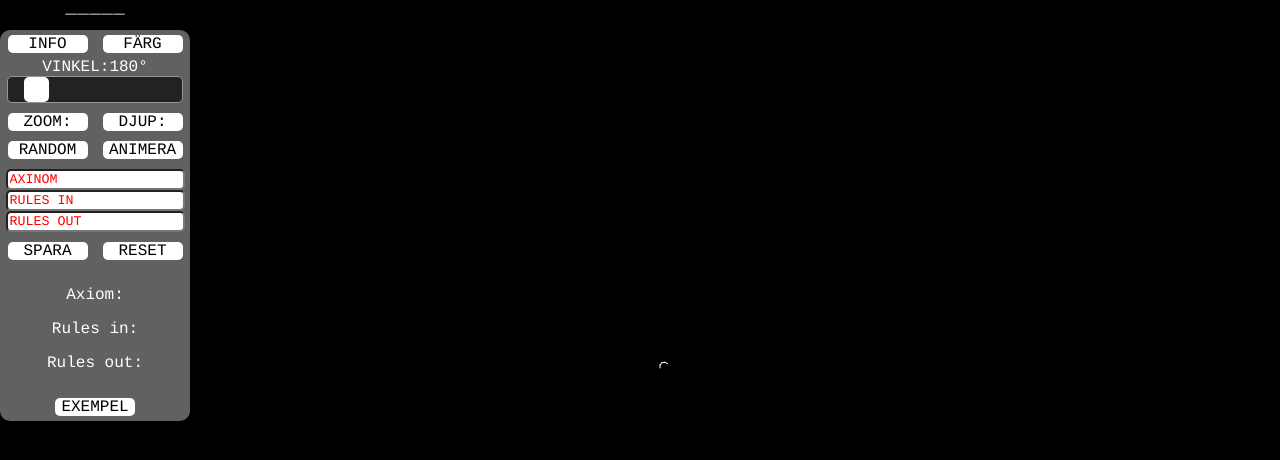
Repository: Gabrielw123/Fraktalgenerator
Page: fraktaler/test/index.html
An editor plug-in stored every save of this project. The page is shown before and after the next save, followed by the edit.
The browser window is 1280 px wide. The pictures show the whole page.
Some web libraries are served in a nearby version.

Above is the page before, as saved 2022-01-13 13:35:13.

### fraktaler/test/index.html
<!DOCTYPE html>
<html lang="en">
  <head>
    <meta charset="UTF-8" />
    <meta http-equiv="X-UA-Compatible" content="IE=edge" />
    <meta name="viewport" content="width=device-width, initial-scale=1.0" />
    <link rel="stylesheet" href="style.css" />
    <title>Fraktal Generator</title>
    <script src="https://cdn.jsdelivr.net/npm/p5@1.0.0/lib/p5.js"></script>
    <!--fading-->
    <script
      src="http://ajax.googleapis.com/ajax/libs/jquery/1.7.1/jquery.min.js"
      type="text/javascript"
    ></script>
  </head>
  <body>
    <!--Skapa en canvas-->
    <canvas id="canvas"></canvas>

    <div class="kontroller">
      <div
        style="background: black"
        onmousedown="return false"
        onselectstart="return false"
        class="grid-container1"
      >
        <div class="grid-item">
          <a class="knappgöm" id="gömknapp" onClick="action();">⏤⏤⏤⏤⏤</a>
        </div>
      </div>

      <div
        style="border-top-left-radius: 10px; border-top-right-radius: 10px"
        onmousedown="return false"
        onselectstart="return false"
        class="grid-container"
        id="göm1"
      >
        <div class="grid-item">
          <a class="knapp" id="infoknapp">INFO</a>
        </div>
        <div class="grid-item">
          <a class="knapp" id="colorknapp" onclick="color();">FÄRG</a>
        </div>
      </div>
      <!--slider vinkel-->
      <div class="slider-container" id="göm2">
        <a onmousedown="return false" onselectstart="return false"
          >VINKEL:<span id="vinkel-out"></span>&deg;</a
        >
        <input type="range" min="0" max="360" class="slider" id="vinkel" />
      </div>

      <div
        onmousedown="return false"
        onselectstart="return false"
        class="grid-container"
        id="göm3"
      >
        <div class="grid-item">
          <a class="knapp" id="längdknapp">ZOOM:<span id="segment_n"></span></a>
        </div>
        <div class="grid-item">
          <a class="knapp" id="djupknapp"
            >DJUP:<span id="generation-out"></span
          ></a>
        </div>

        <div class="grid-item">
          <a class="knapp" id="randomknapp" onclick="random();">RANDOM</a>
        </div>
        <div class="grid-item">
          <a class="knapp" id="animeraknapp" onclick="animera();">ANIMERA</a>
        </div>
      </div>

      <div class="grid-container1" id="göm4">
        <div class="grid-item">
          <input
            style="font-family: courier"
            class="input"
            type="text"
            placeholder="AXINOM"
            id="axiom"
          />
          <input
            style="font-family: courier"
            class="input"
            type="text"
            placeholder="RULES IN"
            id="rules1"
          />
          <input
            style="font-family: courier"
            class="input"
            type="text"
            placeholder="RULES OUT"
            id="rules2"
          />
        </div>
      </div>
      <div
        onmousedown="return false"
        onselectstart="return false"
        class="grid-container"
        id="göm5"
      >
        <div class="grid-item">
          <a class="knapp" id="btn">SPARA</a>
        </div>
        <div class="grid-item">
          <a class="knapp" id="resetknapp" onclick="reset();">RESET</a>
        </div>
      </div>
      <div
        style="
          border-bottom-left-radius: 10px;
          border-bottom-right-radius: 10px;
        "
        class="grid-container1"
        id="göm6"
      >
        <div class="grid-item">
          <p>Axiom:<span id="axiom-out"></span></p>
          <p>Rules in:<span id="rules1-out"></span></p>
          <p>Rules out:<span id="rules2-out"></span></p>
          <p></p>
        </div>
        <div class="grid-item">
          <a
            onmousedown="return false"
            onselectstart="return false"
            class="knapp"
            id="exempelknapp"
            onclick="example();"
            >EXEMPEL</a
          >
        </div>
      </div>

      <!--EXEMPEL-->

      <div
        style="border-radius: 10px"
        onmousedown="return false"
        onselectstart="return false"
        class="grid-container"
        id="göm7"
      >
        <div class="grid-item">
          <a class="knappex" id="Board">Board</a>
        </div>
        <div class="grid-item">
          <a class="knappex" id="Crystal">Crystal</a>
        </div>
        <div class="grid-item">
          <a class="knappex" id="Dragon Curve">Dragon Curve</a>
        </div>
        <div class="grid-item">
          <a class="knappex" id="Hexagonal Gosper">Hexagonal Gosper</a>
        </div>
        <div class="grid-item">
          <a class="knappex" id="Kochcurve">Koch curve</a>
        </div>
        <div class="grid-item">
          <a class="knappex" id="Krishna Anklets">Krishna Anklets</a>
        </div>
        <div class="grid-item">
          <a class="knappex" id="Lévy curve">Lévy curve</a>
        </div>
        <div class="grid-item">
          <a class="knappex" id="L-System Bushes 1">L-System Bushes 1</a>
        </div>
        <div class="grid-item">
          <a class="knappex" id="L-System Bushes 2">L-System Bushes 2</a>
        </div>
        <div class="grid-item">
          <a class="knappex" id="Peano Curve">Peano Curve</a>
        </div>
        <div class="grid-item">
          <a class="knappex" id="Quadratic Snowflake">Quadratic Snowflake </a>
        </div>
        <div class="grid-item">
          <a class="knappex" id="Rings">Rings</a>
        </div>
        <div class="grid-item">
          <a class="knappex" id="Sierpinski Arrowhead">Sierpinski Arrowhead</a>
        </div>
        <div class="grid-item">
          <a class="knappex" id="Sierpinskisquare">Sierpinski Square</a>
        </div>
        <div class="grid-item">
          <a class="knappex" id="Snowflake">Snowflake</a>
        </div>
        <div class="grid-item">
          <a class="knappex" id="Tiles">Tiles</a>
        </div>
        <div class="grid-item">
          <a class="knappex" id="Triangle">Triangle</a>
        </div>
        <div class="grid-item">
          <a class="knappex" id="Von Koch Snowflake">Von Koch Snowflake</a>
        </div>
      </div>
    </div>
    <!--Script-->
    <script src="bruh.js">
      example();
            fraktal.update();
    </script>
  </body>
</html>

### fraktaler/test/style.css
body {
  font-family: "courier", monospace;
  background-color: black;
  color: white;
  text-align: center;
}

::placeholder {
  color: red;
  opacity: 1; /* Firefox */
}

:-ms-input-placeholder {
  /* Internet Explorer 10-11 */
  color: red;
}

::-ms-input-placeholder {
  /* Microsoft Edge */
  color: red;
}
.input {
  width: 90%;
  border-radius: 5px;
  color: black;
  background: white;
}
.input:hover {
  background: black;
  color: white;
}

.kontroller {
  width: 190px;
  height: 180px;
  margin: auto;
  position: fixed;
  top: 0%;
  left: 0%;
  right: 100%;
}
.grid-container {
  background: rgba(97, 97, 97, 1);
  display: grid;
  grid-template-columns: auto auto;
}

.grid-container1 {
  background: rgba(97, 97, 97, 1);
  display: grid;
  grid-template-columns: auto;
}
.grid-item {
  text-align: center;
  margin: auto;
  padding-top: 5px;
  padding-bottom: 5px;
}
.grid-item1 {
  text-align: center;
  margin: auto;
  padding-top: 5px;
  padding-bottom: 5px;
  width: 300px;
}
#axiom-out {
  text-align: left;
}
.slider-container {
  background: rgba(97, 97, 97, 1);
  display: grid;
  grid-template-columns: auto;
  width: 100%;
  margin: auto;
  padding-bottom: 5px;
}
.slider {
  -webkit-appearance: none;
  width: 92%;
  height: 25px;
  background: #222222;
  outline: none;
  margin: auto;
  -webkit-transition: 0.2s;
  transition: opacity 0.2s;
  border-radius: 5px;
  border: 1px;
  border-style: solid;
}

.slider:hover {
  background: black;
  color: white;
}

.slider::-webkit-slider-thumb {
  -webkit-appearance: none;
  appearance: none;
  width: 25px;
  height: 25px;
  background: #ffffff;
  cursor: pointer;
  border-radius: 5px;
}

.slider::-moz-range-thumb {
  width: 25px;
  height: 25px;
  background: #04aa6d;
  cursor: pointer;
}

a.knapp {
  display: block;
  background: white;
  color: black;
  width: 80px;
  cursor: pointer;
  border-radius: 5px;
}
a.knapp:hover {
  background: black;
  border-radius: 5px;
  color: white;
}

#canvas {
  position: fixed;
  top: 0px;
  left: 0px;
  z-index: -1;
}

a.knappon {
  display: block;
  width: 80px;
  background: black;
  color: white;
  cursor: pointer;
  border-radius: 5px;
}
a.knappex {
  background: white;
  color: black;
  text-align: center;
  cursor: pointer;
  font-size: 13px;
  width: 85px;
  height: 35px;
  display: table-cell;
  vertical-align: middle;
  border-radius: 5px;
}
a.knappex:hover {
  background: black;
  border-radius: 5px;
  color: white;
}
.span {
  width: 500px;
}
.knappgöm {
  display: block;
  background: black;
  color: white;
  width: 85px;
  height: 20px;
  cursor: pointer;
  font-size: 15px;
  border-radius: 5px;
}
a.knappgöm:hover {
  background: white;
  border-radius: 5px;
  color: black;
}

### fraktaler/test/bruh.js
/*

Den här fraktal generatorn använder sig av Lindenmayer systemet (https://en.wikipedia.org/wiki/L-system)

Källor för lite info
https://codesandbox.io/s/fraktal-generator-forked-g76j8?file=/sketch.js
https://en.wikipedia.org/wiki/L-system#Types_of_L-systems
http://paulbourke.net/fractals/lsys/
https://www.sidefx.com/docs/houdini/nodes/sop/lsystem.html
http://www1.biologie.uni-hamburg.de/b-online/e28_3/lsys.html
https://www.kevs3d.co.uk/dev/lsystems/
https://piratefsh.github.io/p5js-art/public/lsystems/

*/

//INFO button
fetch("README.txt")
  .then((response) => response.text())
  .then((text) => console.log(text));

var info = document.getElementById("infoknapp");
info.onclick = function () {
  confirm("to");
};

//hur snabbt den animerar
var animatespeed = 100;

//lite variablar
let genButton;
let resButton;
let guiText;
color_n = 0;
let generation = 0;
let maxGeneration = 5;
let length;
let angle;
//första load
let axiom = "F+F+F+F";
let rules = [
  {
    in: "F",
    out: "F+F-F-FF+F+F-F",
  },
];

//save button för egna input på fraktaler
const btn = document.getElementById("btn");

btn.addEventListener("click", function () {
  var axiom2 = document.getElementById("axiom").value;
  var rules1 = document.getElementById("rules1").value;
  var rules2 = document.getElementById("rules2").value;
  confirm(
    "Axiom: " + axiom2 + "\nRules in: " + rules1 + "\nRules out: " + rules2
  );
  axiom = axiom2;
  rules = [
    {
      in: rules1,
      out: rules2,
    },
  ];
});

//animera ikonen på hemsidan
var favicon_images = [
    "bilderhem/tmp-0.gif",
    "bilderhem/tmp-1.gif",
    "bilderhem/tmp-2.gif",
    "bilderhem/tmp-3.gif",
    "bilderhem/tmp-4.gif",
    "bilderhem/tmp-5.gif",
  ],
  image_counter = 0;

setInterval(function () {
  if (document.querySelector("link[rel='icon']") !== null)
    document.querySelector("link[rel='icon']").remove();
  if (document.querySelector("link[rel='shortcut icon']") !== null)
    document.querySelector("link[rel='shortcut icon']").remove();
  document
    .querySelector("head")
    .insertAdjacentHTML(
      "beforeend",
      '<link rel="icon" href="' +
        favicon_images[image_counter] +
        '" type="image/gif">'
    );
  if (image_counter == favicon_images.length - 1) image_counter = 0;
  else image_counter++;
}, 200);

//göm UI
var hidden = false;
function action() {
  hidden = !hidden;
  if (hidden) {
    document.getElementById("göm1").style.visibility = "hidden";
    document.getElementById("göm2").style.visibility = "hidden";
    document.getElementById("göm3").style.visibility = "hidden";
    document.getElementById("göm4").style.visibility = "hidden";
    document.getElementById("göm5").style.visibility = "hidden";
    document.getElementById("göm6").style.visibility = "hidden";
    if (document.getElementById("göm7").style.visibility === "visible") {
      document.getElementById("göm7").style.visibility = "hidden";
    }
  } else {
    document.getElementById("göm1").style.visibility = "visible";
    document.getElementById("göm2").style.visibility = "visible";
    document.getElementById("göm3").style.visibility = "visible";
    document.getElementById("göm4").style.visibility = "visible";
    document.getElementById("göm5").style.visibility = "visible";
    document.getElementById("göm6").style.visibility = "visible";
    document.getElementById("göm7").style.visibility = "visible";
  }
}
//göm från början
document.getElementById("göm7").style.visibility = "hidden";
var hidden1 = true;
function example() {
  hidden1 = !hidden1;
  if (hidden1) {
    document.getElementById("göm7").style.visibility = "hidden";
  } else {
    document.getElementById("göm7").style.visibility = "visible";
  }
}

let sentence = axiom;

//start funktion
function setup() {
  createCanvas(windowWidth - 40, windowHeight - 25);
  angle = radians(vinkel.value);
  length = segment_n * 3;
  turtle();
  drawGUI();
}

//color problem
var r = 255,
  g = 0,
  b = 0;

setInterval(function () {
  if (r > 0 && b == 0) {
    r--;
    g++;
  }
  if (g > 0 && r == 0) {
    g--;
    b++;
  }
  if (b > 0 && g == 0) {
    r++;
    b--;
  }
  $("#color").text("rgb(" + r + "," + g + "," + b + ")");
  $("#color").css("color", "rgb(" + r + "," + g + "," + b + ")");
  turtle();
  console.log("df");
}, 10);

function generate() {
  length = segment_n * 3;

  let nextSentence = "";

  for (let i = 0; i < sentence.length; i++) {
    let found = false;
    let currentChar = sentence.charAt(i);

    for (let j = 0; j < rules.length; j++) {
      if (currentChar === rules[j].in) {
        found = true;
        nextSentence += rules[j].out;
        break;
      }
    }
    if (!found) {
      nextSentence += currentChar;
    }
  }
  sentence = nextSentence;
  turtle();
}
function turtle() {
  resetMatrix();
  background(0);
  //color
  if (color_n === 0) {
    stroke(255); //white
  }
  if (color_n === 1) {
    stroke(0, 0, 255); //blue
  }
  if (color_n === 2) {
    stroke(0, 128, 0); //green
  }
  if (color_n === 3) {
    stroke(255, 0, 0); //red
  }
  if (color_n === 4) {
    stroke(255, 165, 0); //orange
  }
  if (color_n === 5) {
    stroke(r, g, b); //rgb flera färger
  }
  translate(window.innerWidth / 2, window.innerHeight / 2);

  for (let i = 0; i <= sentence.length; i++) {
    let currentChar = sentence.charAt(i);

    if (currentChar === "F") {
      line(0, 0, 0, -length);
      translate(0, -length);
    } else if (currentChar === "+") {
      rotate(angle);
    } else if (currentChar === "-") {
      rotate(-angle);
    } else if (currentChar === "[") {
      push();
    } else if (currentChar === "]") {
      pop();
    }
  }
}

var djupknapp = document.getElementById("djupknapp");
djupknapp.onclick = function () {
  if (generation < maxGeneration) {
    generate();
  }
  generation++;
  if (generation > 5) {
    generation = 1;
    sentence = axiom;
    generate();
  }
  var generationout = document.getElementById("generation-out");
  generationout.innerHTML = generation;
  var axiomout = document.getElementById("axiom-out");
  axiomout.innerHTML = axiom;
  var rules1out = document.getElementById("rules1-out");
  rules1out.innerHTML = rules[0].in;
  var rules2out = document.getElementById("rules2-out");
  rules2out.innerHTML = rules[0].out;
};

//skriver ut värden och saker på skärmer för användaren
function drawGUI() {
  genButton = createButton("DJUP");
  genButton.size(85, 20);
  genButton.position(-200, 260);
  genButton.mousePressed(function () {
    if (generation < maxGeneration) {
      generate();
    }
    generation++;
    if (generation > 5) {
      generation = 1;
      sentence = axiom;
      generate();
    }
    var generationout = document.getElementById("generation-out");
    generationout.innerHTML = generation;
    var axiomout = document.getElementById("axiom-out");
    axiomout.innerHTML = axiom;
    var rules1out = document.getElementById("rules1-out");
    rules1out.innerHTML = rules[0].in;
    var rules2out = document.getElementById("rules2-out");
    rules2out.innerHTML = rules[0].out;
  });
}

//!Exemepel knappar

//Andra rad
animera_n = 0;

var c1 = 0;
var t;
var timer_is_on = 0;

//Random funktion
function getRandomInt(min, max) {
  min = Math.ceil(min);
  max = Math.floor(max);
  return Math.floor(Math.random() * (max - min) + min); //The maximum is exclusive and the minimum is inclusive
}

var fraktal = (function () {
  //js funktion
  const c = document.getElementById("canvas");
  var ctx = c.getContext("2d");

  //får bredden och höjden av hemsidan du har på din enhet
  c.width = window.innerWidth;
  c.height = window.innerHeight;
  ctx.strokeStyle = "black";
  ctx.lineWidth = 2;

  //!SLIDERS
  var vinkel = document.getElementById("vinkel");
  var vinkelout = document.getElementById("vinkel-out");
  vinkelout.innerHTML = vinkel.value;

  //gör saker med vinkel
  vinkel.oninput = function () {
    vinkelout.innerHTML = this.value;
    update();
  };

  //SEGMENT
  var segment = document.getElementById("längdknapp");
  segment.onclick = function () {
    segment_n++;
    if (segment_n === 6) {
      segment_n = 1;
    }
    document.getElementById("segment_n").innerHTML = segment_n;
    update();
  };
  //!RESET
  var reset = document.getElementById("resetknapp");
  reset.onclick = function () {
    sentence = axiom;
    turtle();
    vinkel.value = 90;
    segment_n = 3;
    generation = 2;
    axiom = "F+F+F+F";
    rules = [
      {
        in: "F",
        out: "F+F-F-FF+F+F-F",
      },
    ];
    //stönga av animera
    clearTimeout(t);
    animera.className = "knapp";
    c1 = 0;
    animera_n = 0;
    //update this
    update();
  };

  //!RANDOM
  var random = document.getElementById("randomknapp");
  random.onclick = function () {
    vinkel.value = getRandomInt(0, 361);
    vinkelout.innerHTML = vinkel.value;
    update();
  };

  //!ANIMERA

  var animera = document.getElementById("animeraknapp");
  animera.onclick = function () {
    animera_n++;
    if (animera_n === 1) {
      timedCount();
      animera.className = "knappon";
    }
    if (animera_n === 2) {
      clearTimeout(t);
      animera.className = "knapp";
      c1 = 0;
      animera_n = 0;
    }
  };
  //!COLOR

  var color = document.getElementById("colorknapp");
  color.onclick = function () {
    color_n++;
    if (color_n === 6) {
      color_n = 0;
    }
    update();
  };

  timedCount = function () {
    var v = parseInt(vinkel.value);
    v = v + 1;

    if (v === 361) {
      v = 0;
    }
    //updatera UI
    vinkel.value = v;
    vinkelout.innerHTML = vinkel.value;
    //vänta
    t = setTimeout(timedCount, animatespeed);
    update();
  };

  //!Uppdatera allt/////////////////////////////
  var update = function () {
    //skriver ut de nya väderna
    setup();
    //Updaterar sliders och bilder/knappar
    vinkelout.innerHTML = vinkel.value;
    document.getElementById("segment_n").innerHTML = segment_n;
    var generationout = document.getElementById("generation-out");
    generationout.innerHTML = generation;

    var axiomout = document.getElementById("axiom-out");
    axiomout.innerHTML = axiom;
    var rules1out = document.getElementById("rules1-out");
    rules1out.innerHTML = rules[0].in;
    var rules2out = document.getElementById("rules2-out");
    rules2out.innerHTML = rules[0].out;
    //sparar hashen för hemsidan
    save();
  };

  //!SAVE OCH LOAD
  var save = function () {
    var ruleid =
      "#" +
      vinkel.value +
      "," +
      segment_n +
      "," +
      generation +
      "," +
      axiom +
      "," +
      rules[0].in +
      "," +
      rules[0].out;
    window.location = String(window.location).replace(/\#.*$/, "") + ruleid;
  };

  var load = function () {
    let d = window.location.toString();
    if (d.includes("#")) {
      const myArr = d.split("#");

      const test = myArr[1].split(",");
      //Sliders
      vinkel.value = test[0];
      //Knappar
      segment_n = test[1];
      generation = test[2];
      axiom = test[3];
      rules[0].in = test[4];
      rules[0].out = test[5];

      if (
        vinkel.value == undefined ||
        segment_n === undefined ||
        generation === undefined ||
        axiom === undefined ||
        rules[0].in === undefined ||
        rules[0].out === undefined
      ) {
        //Sliders
        vinkel.value = 40;
        //Knappar
        segment_n = 1;
        generation = 1;
        axiom = "F";
        rules[0].in = "F";
        rules[0].out = "F+F";
      }
    } else {
      //Sliders
      vinkel.value = 40;
      //Knappar
      segment_n = 1;
      //Knappar
      generation = 1;
      axiom = "F";
      rules[0].in = "F";
      rules[0].out = "F+F";
    }
    save();
  };
  //!START
  load();

  //!EXEMPEL
  //Exemplerna är ifrån http://paulbourke.net/fractals/lsys/
  //save button för egna input på fraktaler
  const Kochcurve = document.getElementById("Kochcurve");
  Kochcurve.addEventListener("click", function () {
    axiom = "F+F+F+F";
    rules = [
      {
        in: "F",
        out: "F+F-F-FF+F+F-F",
      },
    ];
    vinkel.value = 90;
    segment_n = 3;
    generation = 5;
    update();
  });

  const Sierpinskisquare = document.getElementById("Sierpinskisquare");
  Sierpinskisquare.addEventListener("click", function () {
    axiom = "F+XF+F+XF";
    rules = [
      {
        in: "X",
        out: "XF-F+F-XF+F+XF-F+F-X",
      },
    ];
    vinkel.value = 90;
    segment_n = 3;
    generation = 5;
    update();
  });

  const LSystemBushes1 = document.getElementById("L-System Bushes 1");
  LSystemBushes1.addEventListener("click", function () {
    axiom = "F";
    rules = [
      {
        in: "F",
        out: "FF+[+F-F-F]-[-F+F+F]",
      },
    ];
    vinkel.value = 22.5;
    segment_n = 1;
    generation = 5;
    update();
  });

  const LSystemBushes2 = document.getElementById("L-System Bushes 2");
  LSystemBushes2.addEventListener("click", function () {
    axiom = "F";
    rules = [
      {
        in: "F",
        out: "F[+FF][-FF]F[-F][+F]F",
      },
    ];
    vinkel.value = 35;
    segment_n = 1;
    generation = 5;
    update();
  });

  const Board = document.getElementById("Board");
  Board.addEventListener("click", function () {
    axiom = "F+F+F+F";
    rules = [
      {
        in: "F",
        out: "FF+F+F+F+FF",
      },
    ];
    vinkel.value = 90;
    segment_n = 1;
    generation = 5;
    update();
  });

  const Triangle = document.getElementById("Triangle");
  Triangle.addEventListener("click", function () {
    axiom = "F+F+F";
    rules = [
      {
        in: "F",
        out: "F-F+F",
      },
    ];
    vinkel.value = 120;
    segment_n = 1;
    generation = 5;
    update();
  });
  const Crystal = document.getElementById("Crystal");
  Crystal.addEventListener("click", function () {
    axiom = "F+F+F+F";
    rules = [
      {
        in: "F",
        out: "FF+F++F+F",
      },
    ];
    vinkel.value = 90;
    segment_n = 1;
    generation = 5;
    update();
  });
  const VonKochSnowflake = document.getElementById("Von Koch Snowflake");
  VonKochSnowflake.addEventListener("click", function () {
    axiom = "F++F++F";
    rules = [
      {
        in: "F",
        out: "F-F++F-F",
      },
    ];
    vinkel.value = 60;
    segment_n = 1;
    generation = 5;
    update();
  });
  const Tiles = document.getElementById("Tiles");
  Tiles.addEventListener("click", function () {
    axiom = "F+F+F+F";
    rules = [
      {
        in: "F",
        out: "FF+F-F+F+FF",
      },
    ];
    vinkel.value = 90;
    segment_n = 1;
    generation = 5;
    update();
  });

  const Rings = document.getElementById("Rings");
  Rings.addEventListener("click", function () {
    axiom = "F+F+F+F";
    rules = [
      {
        in: "F",
        out: "FF+F+F+F+F+F-F",
      },
    ];
    vinkel.value = 90;
    segment_n = 1;
    generation = 5;
    update();
  });
  const Lévycurve = document.getElementById("Lévy curve");
  Lévycurve.addEventListener("click", function () {
    axiom = "F";
    rules = [
      {
        in: "F",
        out: "+F--F+",
      },
    ];
    vinkel.value = 45;
    segment_n = 1;
    generation = 5;
    update();
  });
  const HexagonalGosper = document.getElementById("Hexagonal Gosper");
  HexagonalGosper.addEventListener("click", function () {
    axiom = "XF";
    rules = [
      {
        in: "X",
        out: "X+YF++YF-FX--FXFX-YF+",
      },
      {
        in: "Y",
        out: "-FX+YFYF++YF+FX--FX-Y",
      },
    ];
    vinkel.value = 60;
    segment_n = 1;
    generation = 5;
    update();
  });
  const DragonCurve = document.getElementById("Dragon Curve");
  DragonCurve.addEventListener("click", function () {
    axiom = "FX";
    rules = [
      {
        in: "X",
        out: "X+YF+",
      },
      {
        in: "Y",
        out: "-FX-Y",
      },
    ];
    vinkel.value = 90;
    segment_n = 1;
    generation = 5;
    update();
  });
  const SierpinskiArrowhead = document.getElementById("Sierpinski Arrowhead");
  SierpinskiArrowhead.addEventListener("click", function () {
    axiom = "YF";
    rules = [
      {
        in: "X",
        out: "YF+XF+Y",
      },
      {
        in: "Y",
        out: "XF-YF-X",
      },
    ];
    vinkel.value = 60;
    segment_n = 1;
    generation = 5;
    update();
  });
  const QuadraticSnowflake = document.getElementById("Quadratic Snowflake");
  QuadraticSnowflake.addEventListener("click", function () {
    axiom = "F";
    rules = [
      {
        in: "F",
        out: "F-F+F+F-F",
      },
    ];
    vinkel.value = 90;
    segment_n = 1;
    generation = 5;
    update();
  });
  const PeanoCurve = document.getElementById("Peano Curve");
  PeanoCurve.addEventListener("click", function () {
    axiom = "X";
    rules = [
      {
        in: "X",
        out: "XFYFX+F+YFXFY-F-XFYFX",
      },
      {
        in: "Y",
        out: "YFXFY-F-XFYFX+F+YFXFY",
      },
    ];
    vinkel.value = 90;
    segment_n = 1;
    generation = 5;
    update();
  });
  const snowflake = document.getElementById("Snowflake");
  snowflake.addEventListener("click", function () {
    axiom = "F-F-F-F-F";
    rules = [
      {
        in: "F",
        out: "F-F++F+F-F-F",
      },
    ];
    vinkel.value = 72;
    segment_n = 1;
    generation = 5;
    update();
  });
  const KrishnaAnklets = document.getElementById("Krishna Anklets");
  KrishnaAnklets.addEventListener("click", function () {
    axiom = "-X--X";
    rules = [
      {
        in: "X",
        out: "XFX--XFX",
      },
    ];
    vinkel.value = 45;
    segment_n = 1;
    generation = 5;
    update();
  });
})();

After the next save:
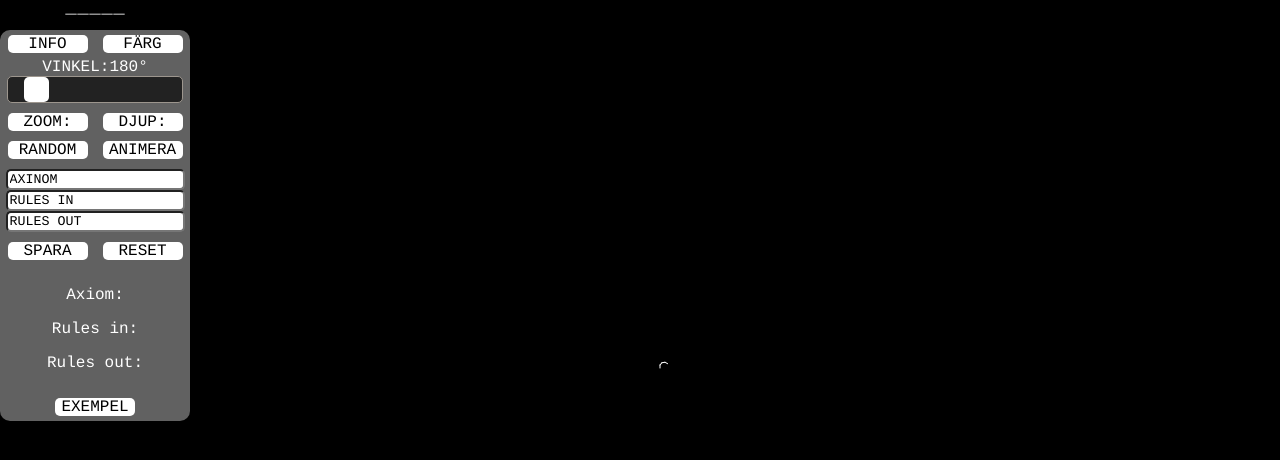
Saved 9 s later.
--- a/fraktaler/test/style.css
+++ b/fraktaler/test/style.css
@@ -6,7 +6,7 @@ body {
 }
 
 ::placeholder {
-  color: red;
+  color: black;
   opacity: 1; /* Firefox */
 }
 
